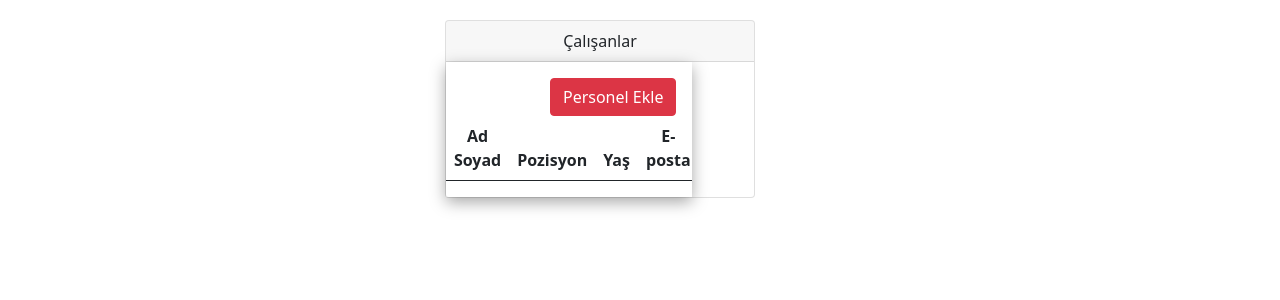
Repository: okankrdg/ReactCoreCRUD
Page: /employee/index (app in ReactCoreCRUD.Web/client/)
These files come from the project's save history. The page is drawn as it stood at one moment and after the next save; the edit follows.
The browser window is 1280 px wide. The pictures show the whole page.
The page's requests for data from a server got no answer. The project was rebuilt for these pictures with package versions that can differ from the ones it lists, and the page was loaded fresh each time. No one was signed in, and anything a server would have sent is missing. Also part of the build but not shown: ReactCoreCRUD.Web/client/src/pages/Employee/createOrEdit.tsx, ReactCoreCRUD.Web/client/src/pages/Exception/index.tsx.

Above is the page before, as saved 2021-10-10 22:24:00.

### ReactCoreCRUD.Web/client/src/index.tsx
import React from "react";
import ReactDOM from "react-dom";
import "./index.css";
import App from "./App";
import { Router } from "react-router-dom";
import "./dist/bootstrap/bootstrap.min.css";
import history from "./history.js";
ReactDOM.render(
  <React.StrictMode>
    <Router history={history}>
      <App />
    </Router>
  </React.StrictMode>,
  document.getElementById("root")
);

### ReactCoreCRUD.Web/client/src/index.css
body {
  margin: 0;
  font-family: -apple-system, BlinkMacSystemFont, 'Segoe UI', 'Roboto', 'Oxygen',
    'Ubuntu', 'Cantarell', 'Fira Sans', 'Droid Sans', 'Helvetica Neue',
    sans-serif;
  -webkit-font-smoothing: antialiased;
  -moz-osx-font-smoothing: grayscale;
}

code {
  font-family: source-code-pro, Menlo, Monaco, Consolas, 'Courier New',
    monospace;
}
.employeeForm{
      padding: 20px;
      text-align: left;
      border: 2px solid #e5e3e3;
      box-shadow: 3px 3px 3px rgna(1,1,1,1);
      box-shadow: rgb(0 0 0 / 35%) 0px 5px 15px;

}
.App{
  text-align: center;
    display: flex;
    justify-content: center;
    max-width: 1200px;
    margin-top: 20px;
}
.employee-index{
  width: 80%;
  box-shadow: rgb(0 0 0 / 35%) 0px 5px 15px;
}

### ReactCoreCRUD.Web/client/src/App.tsx
import { Switch, Route } from "react-router-dom";
import CreateOrEdit from "./pages/Employee/createOrEdit";
import Index from "./pages/Employee";
import Exception from "./pages/Exception/index";
import "./App.css";

function App() {
  return (
    <div className="App">
      <Switch>
        <Route path="/employee/edit/:id" component={CreateOrEdit} />
        <Route path="/employee/create" component={CreateOrEdit} />
        <Route path="/employee/index" component={Index} />
        <Route path="/exception/type=:type" component={Exception} />
      </Switch>
    </div>
  );
}

export default App;

### ReactCoreCRUD.Web/client/src/pages/Employee/index.tsx
import { useState, useEffect } from "react";
import {
  employeeService,
  EmployeeIndexDTO,
} from "../../services/EmployeeService";
import { Table, Button } from "react-bootstrap";
import { useHistory } from "react-router-dom";

function Index() {
  const [employees, setEmployees] = useState<EmployeeIndexDTO[]>([]);
  const history = useHistory();
  useEffect(() => {
    employeeService
      .getAll()
      .then((response) => {
        setEmployees(response.data);
      })
      .catch((e) => {
        console.log(e);
      });
  }, []);
  const deleteRow = (id: number) => {
    console.log(id);
    employeeService.delete(id).then((response) => {
      console.log(response);
      if (response.status === 200) {
        setEmployees(employees.filter((e) => e.id !== id));
      }
    });
  };
  return (
    <div className="card">
      <div className="card-header">Çalışanlar</div>
      <div className="employee-index">
        <div className="d-flex justify-content-end me-3 mt-3">
          <Button
            variant="danger"
            onClick={() => history.push("/employee/create")}
          >
            Personel Ekle
          </Button>
        </div>
        <Table striped hover responsive>
          <thead>
            <tr>
              <th>Ad Soyad</th>
              <th className="d-none d-sm-table-cell">Pozisyon</th>
              <th className="d-none d-sm-table-cell">Yaş</th>
              <th className="d-none d-md-table-cell">E-posta</th>
              <th></th>
            </tr>
          </thead>
          <tbody>
            {employees.map((pt, index) => {
              return (
                <tr key={index}>
                  <td>{pt.firstName + pt.lastName}</td>
                  <td className="d-none d-sm-table-cell">
                    {pt.employeeTypeName}
                  </td>
                  <td className="d-none d-sm-table-cell">{pt.age}</td>
                  <td className="d-none d-md-table-cell">{pt.email}</td>
                  <td>
                    <Button
                      variant="primary"
                      className="mx-1"
                      onClick={() => history.push("/employee/edit/" + pt.id)}
                    >
                      Güncelle
                    </Button>
                    <Button variant="danger" onClick={() => deleteRow(pt.id)}>
                      Sil
                    </Button>
                  </td>
                </tr>
              );
            })}
          </tbody>
        </Table>
      </div>
    </div>
  );
}

export default Index;

### ReactCoreCRUD.Web/client/src/services/EmployeeService.ts
import axios from "axios";
import history from "../history";

export interface EmployeeDTO {
  firstName: string;
  lastName: string;
  birthDate: string;
  email: string;
  employeeTypeId: number | undefined;
}
export interface EmployeeIndexDTO {
  id: number;
  firstName: string;
  lastName: string;
  age?: number;
  email: string;
  employeeTypeName: string;
}
export interface EmployeeType {
  id: string;
  name: string;
}
const baseUrl = `/api/`;
const http = axios.create({
  baseURL: baseUrl,
  headers: {
    "Content-type": "application/json",
  },
});

const getAll = () => {
  return http.get<EmployeeIndexDTO[]>("employee");
};
const getById = (id: number) => {
  return http.get<EmployeeDTO>(`employee?id=${id}`);
};
const create = (model: EmployeeDTO) => {
  return http.post<EmployeeDTO>("employee", model);
};
const update = (model: EmployeeDTO, id: number) => {
  return http.put<EmployeeDTO>("employee", { ...model, id });
};
const _delete = (id: number) => {
  return http.delete(`employee?id=${id}`);
};
const getEmployeeTypes = () => {
  return http.get<EmployeeType[]>("employeeTypes");
};
http.interceptors.response.use(
  (response) => {
    return response;
  },
  (error) => {
    if (!error.response || typeof error.response.data !== "object") {
      setTimeout(() => {}, 1000);
      return Promise.reject(error);
    }
    const { status, config, data } = error.response;
    console.log(status, config, data);
    if (config.method === "get") {
      if (status === 401) {
        history.push("/exception/type=401");
      } else if (status === 403) {
        history.push("/exception/type=403");
      } else if (status === 404) {
        history.push("/exception/type=404");
      } else if (status === 500) {
        history.push("/exception/type=500");
      }
    }
  }
);
export const employeeService = {
  getAll,
  getById,
  create,
  update,
  delete: _delete,
  getEmployeeTypes,
};

Loaded but not shown: ReactCoreCRUD.Web/client/public/index.html (common file); ReactCoreCRUD.Web/client/src/dist/bootstrap/bootstrap.min.css (library); ReactCoreCRUD.Web/client/src/history.js (common file); ReactCoreCRUD.Web/client/src/App.css (common file)

After the next save:
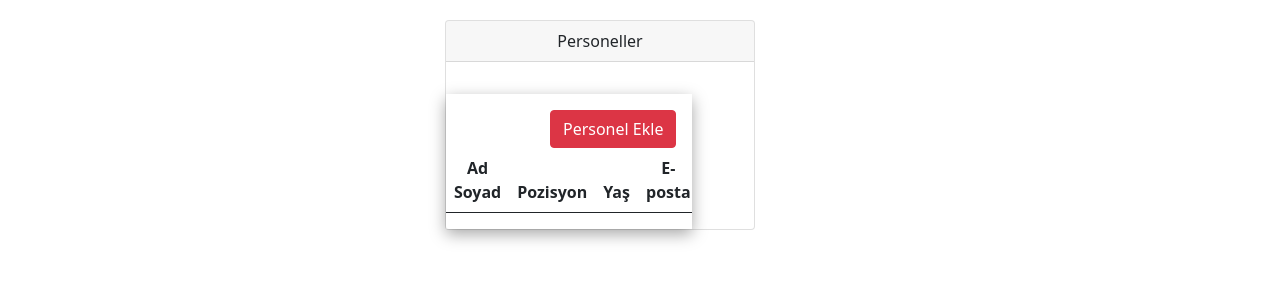
Saved 17 s later.
--- a/ReactCoreCRUD.Web/client/src/pages/Employee/index.tsx
+++ b/ReactCoreCRUD.Web/client/src/pages/Employee/index.tsx
@@ -30,7 +30,8 @@ function Index() {
   };
   return (
     <div className="card">
-      <div className="card-header">Çalışanlar</div>
+      <div className="card-header">Personeller</div>
+      <div className="card-body"></div>
       <div className="employee-index">
         <div className="d-flex justify-content-end me-3 mt-3">
           <Button
